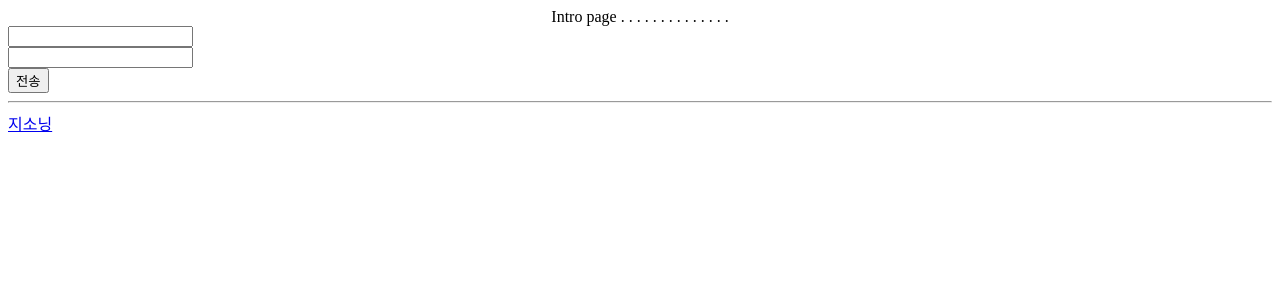
Repository: carolsim/NewWorldJavaStudy
Page: http://localhost/mvcWeb/main.jsp
An editor plug-in stored every save of this project. The page is shown before and after the next save, followed by the edit.
The browser window is 1280 px wide. The pictures show the whole page.
The page is served by Tomcat 9. Other server files are loaded and not shown.

Above is the page before, as saved 2019-07-11 07:30:08.

### mvcWeb/webapp/main.jsp
<%@ page language="java" contentType="text/html; charset=UTF-8"
    pageEncoding="UTF-8"%>
<!DOCTYPE html>
<html>
<head>
<meta charset="UTF-8">
<title>Insert title here</title>
</head>
<body>
	<div align="center">Intro page . . . . . .  . . . . . . . .</div>
	<form method="post" action="./test.do">
		<input type="text" name="id" id="id"><br/>
		<input type="text" name="pwd" id="pwd"><br/>
		<input type="submit" value="전송"/><br/>
	</form>
	<hr/>
	<a href="./test.do?id=jssim&pwd=jssim">지소닝</a>
</body>
</html>

After the next save:
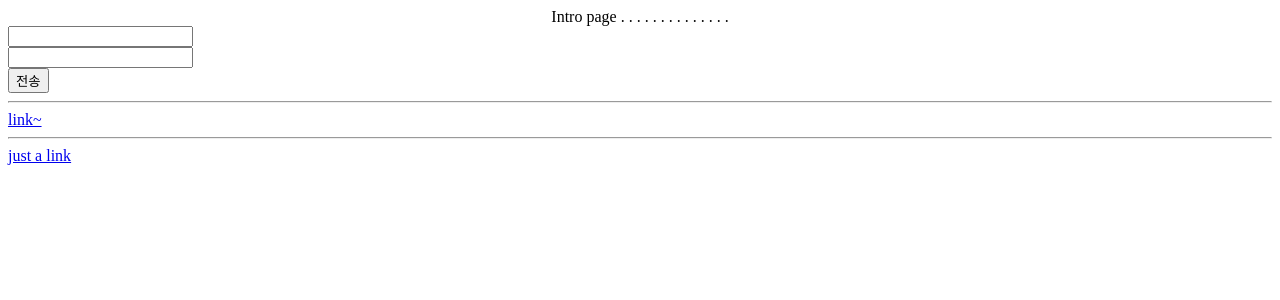
Saved 76 s later.
--- a/mvcWeb/webapp/main.jsp
+++ b/mvcWeb/webapp/main.jsp
@@ -14,6 +14,10 @@
 		<input type="submit" value="전송"/><br/>
 	</form>
 	<hr/>
-	<a href="./test.do?id=jssim&pwd=jssim">지소닝</a>
+	<a href="./test.do?id=jssim&pwd=jssim">link~</a>
+	<hr/>
+
+	<a href="./ajax.do">just a link</a>
+
 </body>
 </html>
